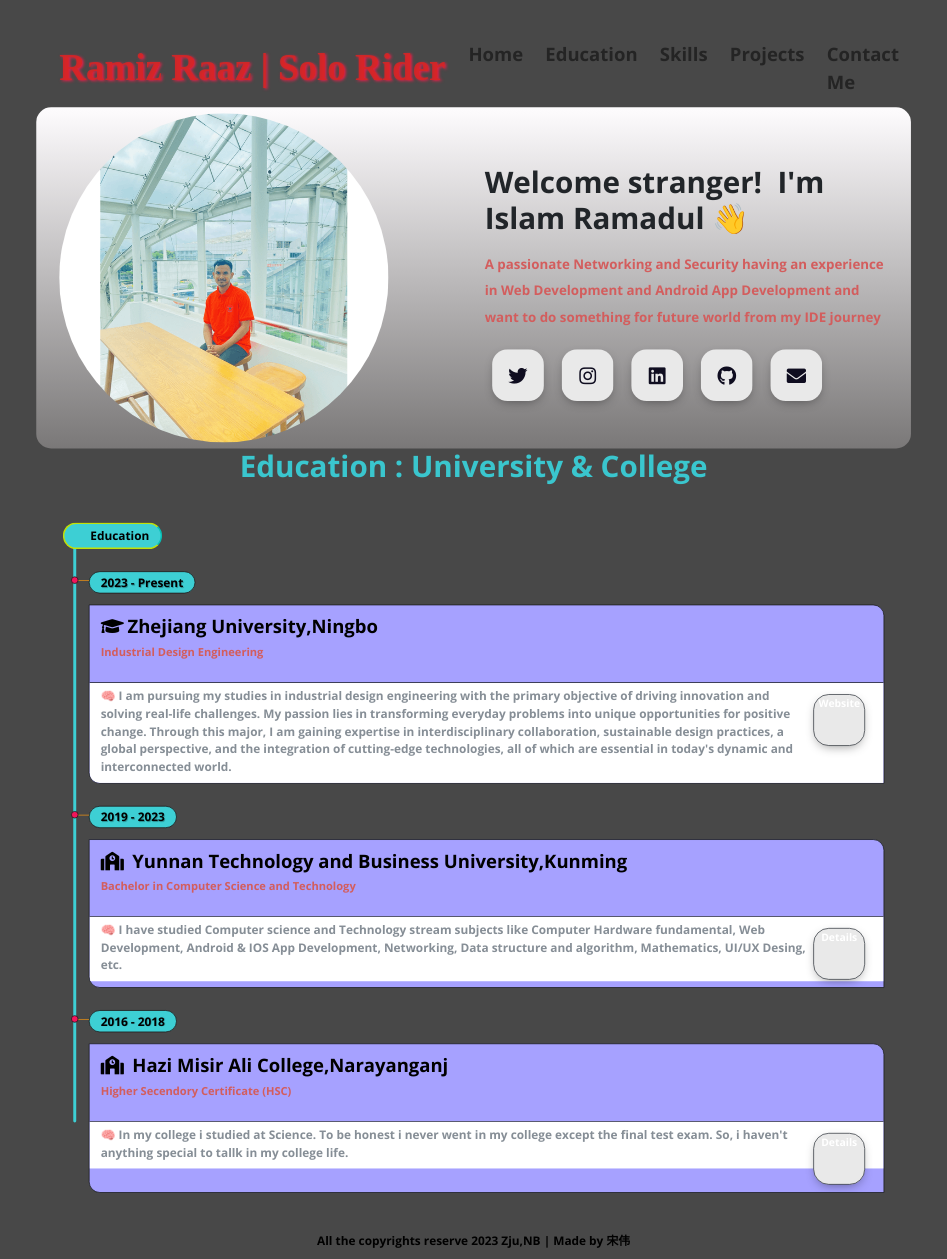
Repository: ramizraaz/ZjuProtfolio
Page: index.html
The author's editor kept a copy of each file at every save. The page is drawn from the files as they stood at one save, then again after the next save.
The browser window is 1280 px wide. The pictures show the whole page, at 74% of full size.
Some web fonts or font styles are not loaded; a fallback is used. Some web libraries are served in a nearby version.

Above is the page before, as saved 2023-10-08 18:53:27.

### index.html
<!DOCTYPE html>
<html lang="en" dir="ltr">

<head>
    <meta charset="utf-8">
    <meta name="viewport" content="width=device-width,initial-scale=1">
    <title>宋伟's Profile | Personal website</title>
    <link rel="icon" href="Image/RR.png">
    <link rel="stylesheet" href="https://stackpath.bootstrapcdn.com/bootstrap/4.5.0/css/bootstrap.min.css" integrity="sha384-9aIt2nRpC12Uk9gS9baDl411NQApFmC26EwAOH8WgZl5MYYxFfc+NcPb1dKGj7Sk" crossorigin="anonymous">
    <link rel="stylesheet" href="style.css">
    <link href="https://fonts.googleapis.com/css2?family=Arizonia&family=Montserrat:wght@400;800&display=swap" rel="stylesheet">
    <link href="https://fonts.googleapis.com/css2?family=Open+Sans:wght@700&display=swap" rel="stylesheet">
    <link rel="stylesheet" href="https://use.fontawesome.com/releases/v5.4.1/css/all.css" />
    <link rel="stylesheet" href="https://cdnjs.cloudflare.com/ajax/libs/font-awesome/5.13.1/css/all.min.css">
    <script src="https://code.jquery.com/jquery-3.5.1.slim.min.js" integrity="sha384-DfXdz2htPH0lsSSs5nCTpuj/zy4C+OGpamoFVy38MVBnE+IbbVYUew+OrCXaRkfj" crossorigin="anonymous"></script>
    <script src="https://cdn.jsdelivr.net/npm/popper.js@1.16.0/dist/umd/popper.min.js" integrity="sha384-Q6E9RHvbIyZFJoft+2mJbHaEWldlvI9IOYy5n3zV9zzTtmI3UksdQRVvoxMfooAo" crossorigin="anonymous"></script>
    <script src="https://stackpath.bootstrapcdn.com/bootstrap/4.5.0/js/bootstrap.min.js" integrity="sha384-OgVRvuATP1z7JjHLkuOU7Xw704+h835Lr+6QL9UvYjZE3Ipu6Tp75j7Bh/kR0JKI" crossorigin="anonymous"></script>
</head>

<body class="container-fluid body_section">
    <header>
        <nav class="navbar navbar-expand-lg navbar-light ">
            <a class="navbar-brand brand-name" href="#">Ramiz Raaz | Solo Rider</a>
            <button class="navbar-toggler" type="button" data-toggle="collapse" data-target="#navbarSupportedContent" aria-controls="navbarSupportedContent" aria-expanded="false" aria-label="Toggle navigation">
                  <span class="navbar-toggler-icon"></span>
                </button>
            <div class="collapse navbar-collapse" id="navbarSupportedContent">
                <ul class="navbar-nav ml-auto">
                    <li class="nav-item">
                        <a class="nav-link headerachor" href="index.html">Home</a>
                    </li>

                    <li class="nav-item">
                        <a class="nav-link headerachor" href="#Education">Education</a>
                    </li>
                    <li class="nav-item">
                        <a class="nav-link headerachor" href="">Skills</a>
                    </li>
                    <li class="nav-item">
                        <a class="nav-link headerachor" href="">Projects</a>
                    </li>
                    <li class="nav-item">
                        <a class="nav-link headerachor" href="">Contact Me</a>
                    </li>
                </ul>
        </nav>
    </header>
    <!-- Intro Section -->
    <section id="Home">
        <div class="row column1">
            <div class="col-lg-6 col-md-6 first-image">
                <img class="boyimage" src="img/me.gif" alt="">
            </div>
            <div class="col-lg-6 section-1">
                <h1 class="Hello">Welcome stranger!&nbsp&nbspI'm Islam Ramadul <span class="wave">👋</span></h1>
                <p>A passionate Networking and Security having an experience in Web Development and Android App Development and want to do something for future world from my IDE journey</p>
                <div class=social_media_icon>
                    <a class="btn" href="https://twitter.com/ramiz_raaz" target=_blank>
                        <i class="fab fa-twitter"></i>
                    </a>
                    <a class="btn" href="https://www.instagram.com/ramiz_raaz/" target=_blank>
                        <i class="fab fa-instagram"></i>
                    </a>
                    <a class="btn" href="https://www.linkedin.com/" target=_blank>
                        <i class="fab fa-linkedin" aria-hidden="true"></i>
                    </a>
                    <a class="btn" href="https://github.com/ramizraaz" target=_blank>
                        <i class="fab fa-github"></i>
                    </a>
                    <a class="btn" href="mailto:romiz.romeo.raaz@gmail.com/" target=_blank>
                        <i class="fa fa-envelope"></i>
                    </a>
                </div>
            </div>
    </section>
    <!-- Education Section -->
    <section id="Education">
        <div class="container">
            <div class="Heading">
                <h1>Education : University & College</h1>
                <br>
            </div>
            <div class="timeline">
                <div class="timeline-month">
                    Education
                </div>
                <div class="timeline-section">
                    <div class="timeline-date">
                        2023 - Present
                    </div>
                    <div class="row">
                        <div class="col-lg">
                            <div class="timeline-box">
                                <div class="box-title">
                                    <i class="fas fa-graduation-cap" aria-hidden="true"></i>Zhejiang University,Ningbo
                                    <p class="degree">Industrial Design Engineering</p>
                                </div>
                                <div class="box-content">
                                    <a class="btn btn-sm btn-dark float-right" role="button" href="https://www.zju.edu.cn/english/" target=_blank style="color: white;">Website</a>
                                    <div class="box-item">🧠 I am pursuing my studies in industrial design engineering with the primary objective of driving innovation and solving real-life challenges. My passion lies in transforming everyday problems into unique opportunities
                                        for positive change. Through this major, I am gaining expertise in interdisciplinary collaboration, sustainable design practices, a global perspective, and the integration of cutting-edge technologies, all of which
                                        are essential in today's dynamic and interconnected world.</div>
                                </div>
                            </div>
                        </div>
                    </div>
                </div>

                <div class="timeline-section">
                    <div class="timeline-date">
                        2019 - 2023
                    </div>
                    <div class="row">
                        <div class="col-lg">
                            <div class="timeline-box">
                                <div class="box-title">
                                    <i class="fas fa-school" aria-hidden="true"></i> Yunnan Technology and Business University,Kunming
                                    <p class="degree">Bachelor in Computer Science and Technology</p>
                                </div>
                                <div class="box-content">
                                    <a class="btn btn-sm btn-dark float-right" role="button" style="color: white;">Details</a>
                                    <div class="box-item">🧠 I have studied Computer science and Technology stream subjects like Computer Hardware fundamental, Web Development, Android & IOS App Development, Networking, Data structure and algorithm, Mathematics, UI/UX Desing,
                                        etc.
                                    </div>

                                </div>
                            </div>
                        </div>
                    </div>
                </div>

                <div class="timeline-section">
                    <div class="timeline-date">
                        2016 - 2018
                    </div>
                    <div class="row">
                        <div class="col-lg">
                            <div class="timeline-box">
                                <div class="box-title">
                                    <i class="fas fa-school" aria-hidden="true"></i> Hazi Misir Ali College,Narayanganj
                                    <p class="degree"> Higher Secendory Certificate (HSC)</p>
                                </div>
                                <div class="box-content">
                                    <a class="btn btn-sm btn-dark float-right" role="button" style="color: white;">Details</a>
                                    <div class="box-item">🧠 In my college i studied at Science. To be honest i never went in my college except the final test exam. So, i haven't anything special to tallk in my college life.</div>
                                    <div class="box-item"><b>

                                </div>
                            </div>
                        </div>
                    </div>
                </div>
            </div>
        </div>
    </section>

    </form>
    <footer class=footer>All the copyrights reserve 2023 Zju,NB | Made by 宋伟</footer>
</body>

</html>

### style.css
body {
    font-family: 'Open Sans', sans-serif;
    margin: 0;
    background: #b1adad;
    animation: pulse 10s infinite;
}

@keyframes pulse {
    0% {
        background: #F2F2F2;
    }
    10% {
        background: #FFFFFF;
    }
    20% {
        background: #d6d6d6e2;
        ;
    }
    30% {
        background: #acacacd8;
    }
    40% {
        background: #6b6b6bcf;
    }
    50% {
        background: #484848;
    }
    60% {
        background: #292929c8;
    }
    70% {
        background: #2f2e2ebc;
    }
    80% {
        background: #242424bb;
    }
    90% {
        background: #1e1e1ef7;
    }
    100% {
        background: #a6a6a6;
    }
}

.body_section {
    padding: 3% 5% 1%;
}

p {
    font-size: 18px;
}

a {
    text-decoration: none;
}

@font-face {
    font-family: "Lovely Home";
    src: local('Lovely Home'), url("Image/LovelyHome-9aBZ.ttf") format('truetype');
}

.brand-name,
.navbar-light .navbar-brand {
    font-family: "Lovely Home";
    font-size: 50px;
    font-weight: bold;
    color: #d72525e4;
    text-shadow: 2px 2px 4px #e71f4a;
}

.headerachor {
    margin: 0 7px 0 7px;
    border-radius: 15px;
    font-size: 25px;
}

.headerachor:hover {
    background-color: #ffffff82;
}


/* Section 1 */

.column1 {
    background-image: linear-gradient(#fefcfe, #7a7878);
    padding: 8px 16px;
    border-radius: 20px;
}

.section-1 {
    margin-top: 6%;
    text-align: left;
    position: relative;
}

span.wave {
    animation-name: wave-animation;
    animation-duration: 2.5s;
    animation-iteration-count: infinite;
    transform-origin: 70% 70%;
    display: inline-block;
}

@keyframes wave-animation {
    0% {
        transform: rotate( 0.0deg)
    }
    10% {
        transform: rotate(-10.0deg)
    }
    20% {
        transform: rotate( 12.0deg)
    }
    30% {
        transform: rotate(-10.0deg)
    }
    40% {
        transform: rotate( 9.0deg)
    }
    50% {
        transform: rotate( 0.0deg)
    }
    100% {
        transform: rotate( 0.0deg)
    }
}

.boyimage {
    height: 445px;
    border-radius: 50%;
}

@media only screen and (max-width: 1183px) {
    .first-image {
        right: 160px;
    }
}

.Image-boy {
    text-align: center;
    align-items: center;
}

@media only screen and (min-width:951px) {
    .Image-boy {
        display: none;
    }
}

.Hello {
    margin-bottom: 20px;
}

p {
    line-height: 2;
    color: #d35d5d;
}

.btn {
    display: inline-block;
    width: 4.37rem;
    height: 4.37rem;
    background: #e9e9e9;
    padding: 0px 0px;
    margin: 10px;
    border-radius: 30%;
    box-shadow: 0 5px 15px -5px #00000070;
    color: #0f0d20;
    overflow: hidden;
    position: relative;
}

.btn i {
    line-height: 70px;
    font-size: 1.625rem;
    transition: 0.2s linear;
}

.btn:hover i {
    transform: scale(1.3);
    color: #f1f1f1;
}

.btn::before {
    content: "";
    position: absolute;
    width: 120%;
    height: 120%;
    background: #f37312;
    transform: rotate(45deg);
    left: -110%;
    top: 90%;
}

.btn:hover::before {
    animation: aaa 0.7s 1;
    top: -10%;
    left: -10%;
}

@media only screen and (max-width:470px) {
    .btn {
        width: 2.5rem;
        height: 2.5rem;
        margin: 7px;
    }
    .btn i {
        line-height: 40px;
        font-size: 1em;
    }
}


/* Education CSS */

.Heading {
    text-align: center;
    color: #3ac6ce;
}

.timeline {
    margin-top: 20px;
    position: relative;
}

.timeline:before {
    position: absolute;
    content: '';
    width: 4px;
    height: calc(100% - 100px);
    background: #3dcfd4;
    left: 14px;
    top: 5px;
    border-radius: 4px;
}

.timeline-month {
    color: black;
    position: relative;
    padding: 4px 15px 4px 35px;
    background-color: #3dcfd4;
    display: inline-block;
    width: auto;
    border-radius: 40px;
    border: 2px solid #c3e006;
    border-right-color: rgb(6, 193, 183);
    margin-bottom: 30px;
}

.timeline-section {
    padding-left: 35px;
    display: block;
    position: relative;
    margin-bottom: 30px;
}

.timeline-date {
    margin-bottom: 15px;
    padding: 2px 15px;
    background: #3dcfd4;
    position: relative;
    display: inline-block;
    border-radius: 20px;
    border: 1px solid #1b1717;
    color: black;
    text-shadow: 1px 1px 1px rgba(0, 0, 0, 0.3);
}

.timeline-section:before {
    content: '';
    position: absolute;
    width: 30px;
    height: 1px;
    background-color: #e89014;
    top: 12px;
    left: 20px;
}

.timeline-section:after {
    content: '';
    position: absolute;
    width: 10px;
    height: 10px;
    background: #f3155b;
    top: 7px;
    left: 11px;
    border: 1px solid #17191B;
    border-radius: 100%;
}

.timeline-box {
    position: relative;
    color: black;
    background-color: #a6a1ff;
    border-radius: 15px;
    border-top-left-radius: 0px;
    border-bottom-right-radius: 0px;
    border: 1px solid #17191B;
    transition: all 0.3s ease;
    overflow: hidden;
}

.box-icon {
    position: absolute;
    right: 5px;
    top: 0px;
}

.box-title {
    padding: 10px 15px;
    font-size: 25px;
    border-bottom: 1px solid #17191B;
}

.degree {
    font-size: 15px;
}

.box-title i {
    margin-right: 5px;
}

.box-content {
    padding: 5px 15px;
    background-color: white;
}

.box-item {
    margin-bottom: 5px;
    color: #868e96;
    font-weight: 400;
}

.certificate {
    padding-top: 20px;
}

.certificate-text {
    text-align: center;
}

.box-shadow {
    box-shadow: 5px 5px 5px #d9dbdf;
}

footer {
    padding-top: 2%;
    color: #000000;
    text-align: center;
}

After the next save:
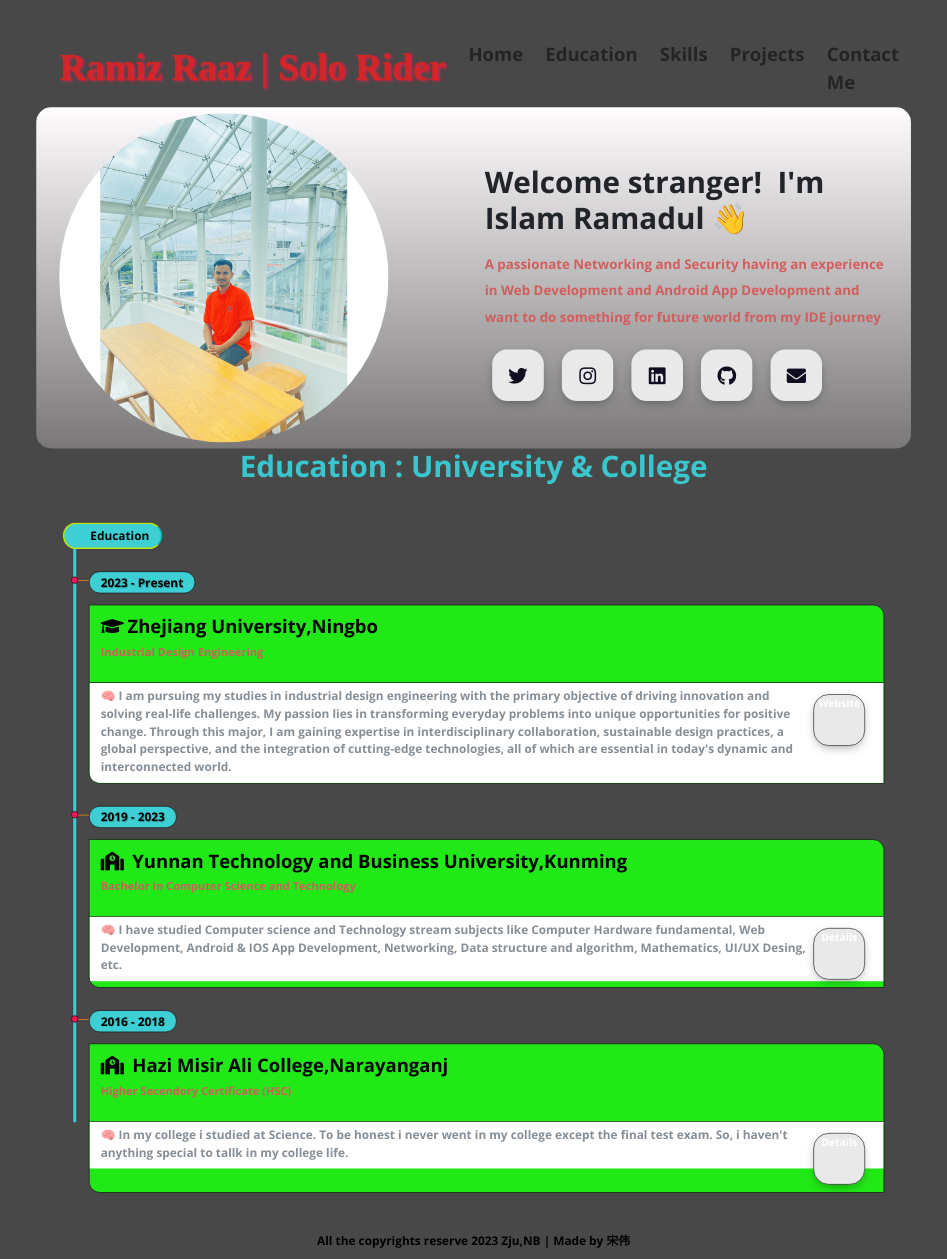
Saved 14 s later.
--- a/style.css
+++ b/style.css
@@ -291,7 +291,7 @@
 .timeline-box {
     position: relative;
     color: black;
-    background-color: #a6a1ff;
+    background-color: #21e917;
     border-radius: 15px;
     border-top-left-radius: 0px;
     border-bottom-right-radius: 0px;
